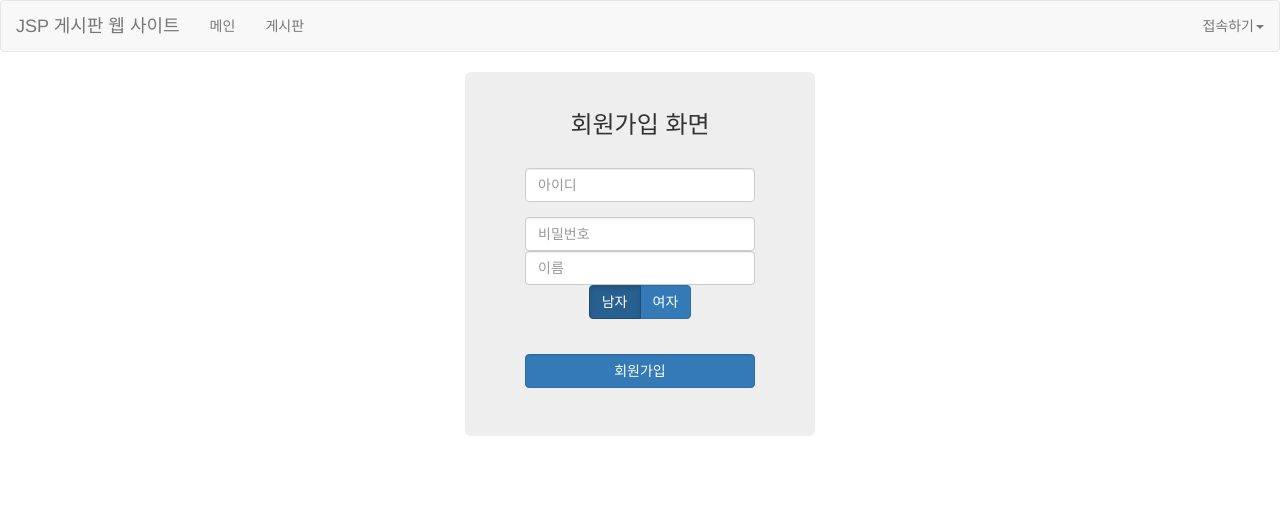
Repository: chyun94/JSP-
Page: http://localhost/BBS/join.jsp
An editor plug-in stored every save of this project. The page is shown before and after the next save, followed by the edit.
The browser window is 1280 px wide. The pictures show the whole page.
Some web libraries are served in a nearby version. The page is served by Tomcat 9. Other server files are loaded and not shown.

Above is the page before, as saved 2021-05-07 17:31:58.

### BBS/WebContent/join.jsp
<%@ page language="java" contentType="text/html; charset=UTF-8"
	pageEncoding="UTF-8"%>
<!DOCTYPE html>
<html>
<head>
<meta http-equiv="Content-Type" content="text/html; charset="UTF-8">
<!-- 아래 메타 태그는 디바이스마다 크기를 설정하기 위해서 작한한 메타 태그 -->
<meta name="viewport" content="width=device-width" , initial-scale="1">
<link rel="stylesheet" href="css/bootstrap.css">

<title>JSP 게시판 웹 사이트</title>
</head>
<body>
	<nav class="navbar navbar-default">
		<div class="navbar-header">
			<button type="button" class="navbar-toggle collapsed"
				data-toggle="collapse" data-target="#bs-example-navbar-collapse-1"
				aria-expanded="false">

				<span class="icon-bar"></span> <span class="icon-bar"></span> <span
					class="icon-bar"></span>

			</button>
			<a class="navbar-brand" href="main.jsp">JSP 게시판 웹 사이트</a>
		</div>
		<div class="collapse navbar-collapse"
			id="bs-example-navbar-collapse-1">
			<ul class="nav navbar-nav">
				<li><a href="main.jsp">메인</a></li>
				<li><a href="bbs.jsp">게시판</a></li>
			</ul>

			<ul class="nav navbar-nav navbar-right">
				<li class="dropdown">
				<a href="#" class="dropdown-toggle"
				data-toggle="dropdown" role="button" aria-haspopup="true"
				aria-expanded="false">접속하기<span class="caret"></span></a>

				<ul class="dropdown-menu">
					<li class="active"><a href="login.jsp">로그인</a></li>
					<li><a href="join.jsp">회원가입</a></li>
				</ul>
			</li>
		</ul>
	</div>
</nav>
	<!-- 컨테이너로 하나로 감싸주기 -->
	<div class="container">
		<div class="col-lg-4"></div>
		<div class="col-lg-4">
			<div class="jumbotron" style="padding-top: 20px;">
				<form method="post"  action="loginAction.jsp">
					<h3 style="text-align: center; padding-bottom: 20px;">회원가입 화면</h3>

					<div class="form-group">
						<input type="text" class="form-control" placeholder="아이디" name="userID" maxlength="20">
					</div>

					<div>
						<input type="text" class="form-control" placeholder="비밀번호" name="userPassword" maxlength="20">
					</div>

					<div>
						<input type="text" class="form-control" placeholder="이름" name="userName" maxlength="20">
					</div>

					<div class="form-group" style="text-align: center;">
						<div class="btn-group" data-toggle="buttons">
							<label class="btn btn-primary active">
								<input type="radio" name="userGender" autocomplete="off" value="남자" checked="checked">남자
							</label>
							<label class="btn btn-primary">
								<input type="radio" name="userGender" autocomplete="off" value="여자" checked="checked">여자
							</label>
						</div>
					</div>

					<div style="padding-top: 20px;">
					<input type="submit" class="btn btn-primary form-control" value="회원가입">
					</div>

				</form>
			</div>
		</div>
	</div>
	<div class="col-lg-4"></div>

	<script src="https://code.jquery.com/jquery-3.1.1.min.js"></script>
	<script src="js/bootstrap.js"></script>

</body>
</html>

Loaded but not shown: BBS/WebContent/css/bootstrap.css (library); BBS/WebContent/js/bootstrap.js (library)

After the next save:
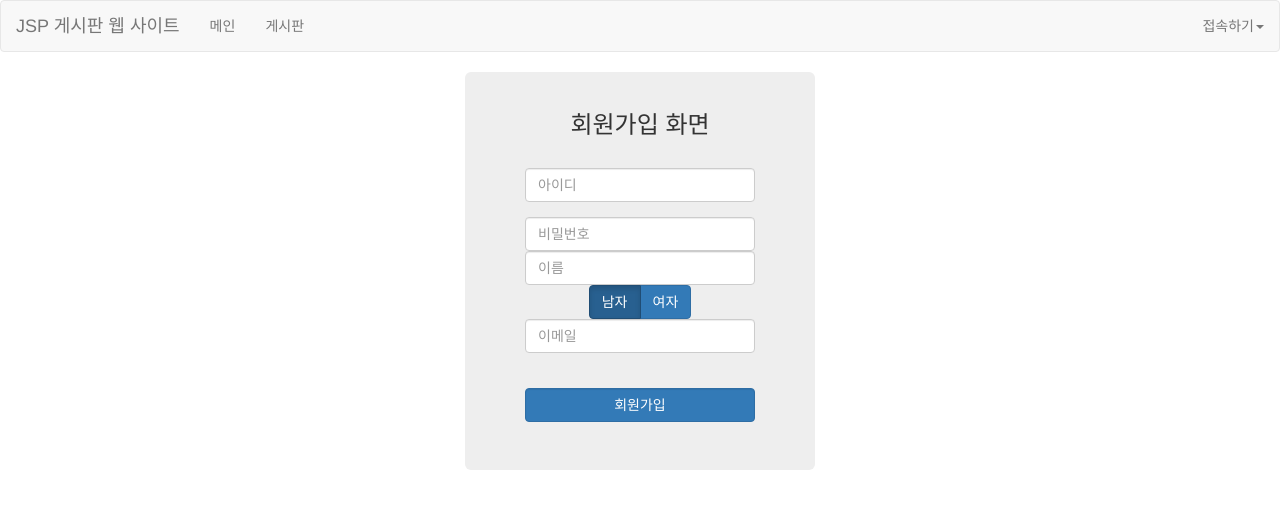
Saved 51 s later.
--- a/BBS/WebContent/join.jsp
+++ b/BBS/WebContent/join.jsp
@@ -73,6 +73,10 @@
 								<input type="radio" name="userGender" autocomplete="off" value="여자" checked="checked">여자
 							</label>
 						</div>
+
+					<div>
+						<input type="email" class="form-control" placeholder="이메일" name="userEmail" maxlength="20">
+					</div>
 					</div>
 
 					<div style="padding-top: 20px;">
